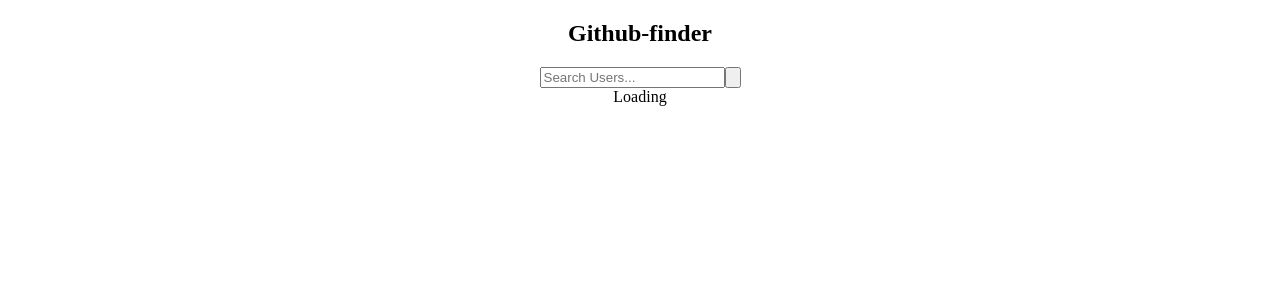
Repository: Tambarie/github-finder
Page: /
An editor plug-in stored every save of this project. The page is shown before and after the next save, followed by the edit.
The browser window is 1280 px wide. The pictures show the whole page.
The page's requests for data from a server got no answer. The project was rebuilt for these pictures with package versions that can differ from the ones it lists, and the page was loaded fresh each time. No one was signed in, and anything a server would have sent is missing. Also part of the build but not shown: src/components/users/UserItem.js.

Above is the page before, as saved 2021-11-10 00:45:47.

After the next save:
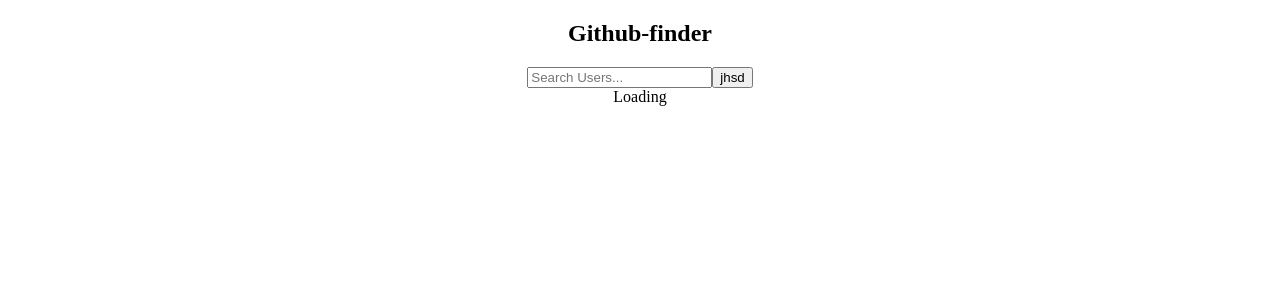
Saved 28 s later.
--- a/src/components/users/Search.js
+++ b/src/components/users/Search.js
@@ -1,7 +1,7 @@
 import React, { useState } from 'react'
 
 const Search = () => {
-  const [text, setText] = useState('')
+  const [text, setText] = useState('jhsd')
 
   const handleSubmit = (e) => {
     e.preventDefault()
